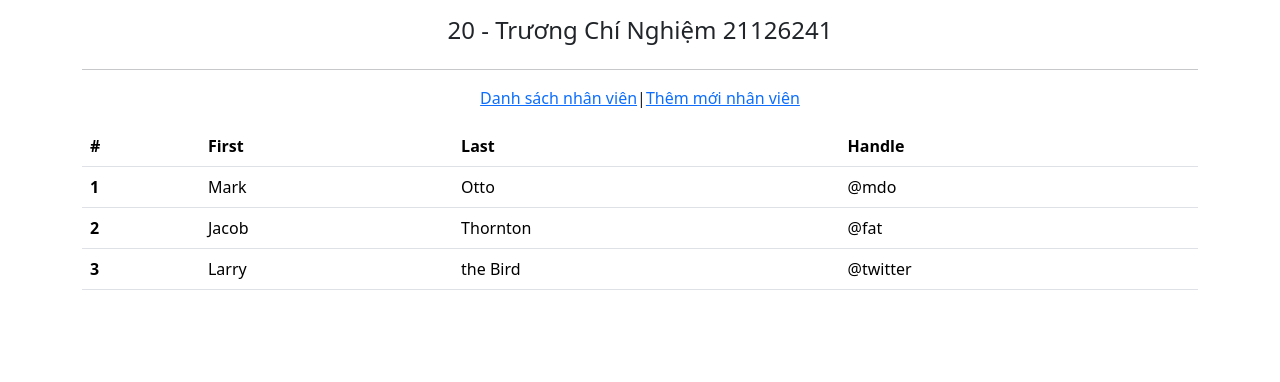
Repository: TruongChiNghiem1/wwwServlet
Page: http://localhost/20_TruongChiNghiem_21126241/views/ListNhanVien/index.jsp
These files come from the project's save history. The page is drawn as it stood at one moment and after the next save; the edit follows.
The browser window is 1280 px wide. The pictures show the whole page.
The page is served by Tomcat 10. Other server files are loaded and not shown.

Above is the page before, as saved 2024-10-25 16:51:22.

### 20_TruongChiNghiem_21126241/src/main/webapp/views/ListNhanVien/index.jsp
<%@ page language="java" contentType="text/html; charset=UTF-8"
	pageEncoding="UTF-8"%>
<!DOCTYPE html>
<html>
<head>
<meta charset="UTF-8">
<title>Insert title here</title>
<link
	href="https://cdn.jsdelivr.net/npm/bootstrap@5.3.3/dist/css/bootstrap.min.css"
	rel="stylesheet"
	integrity="sha384-QWTKZyjpPEjISv5WaRU9OFeRpok6YctnYmDr5pNlyT2bRjXh0JMhjY6hW+ALEwIH"
	crossorigin="anonymous">
<script
	src="https://cdn.jsdelivr.net/npm/bootstrap@5.3.3/dist/js/bootstrap.bundle.min.js"
	integrity="sha384-YvpcrYf0tY3lHB60NNkmXc5s9fDVZLESaAA55NDzOxhy9GkcIdslK1eN7N6jIeHz"
	crossorigin="anonymous"></script>
</head>
<body>
	<div class="container">
		<div class="d-flex justify-content-center m-3">
			<h4>20 - Trương Chí Nghiệm 21126241</h4>
		</div>
		<hr>
		<div class="d-flex justify-content-center m-3">
			<a href="/20_TruongChiNghiem_21126241">Danh sách nhân viên</a>|
			<a href="/20_TruongChiNghiem_21126241/add-data">Thêm mới nhân viên</a>
		</div>
		<div>
			<table class="table">
				<thead>
					<tr>
						<th scope="col">#</th>
						<th scope="col">First</th>
						<th scope="col">Last</th>
						<th scope="col">Handle</th>
					</tr>
				</thead>
				<tbody>
					<tr>
						<th scope="row">1</th>
						<td>Mark</td>
						<td>Otto</td>
						<td>@mdo</td>
					</tr>
					<tr>
						<th scope="row">2</th>
						<td>Jacob</td>
						<td>Thornton</td>
						<td>@fat</td>
					</tr>
					<tr>
						<th scope="row">3</th>
						<td>Larry</td>
						<td>the Bird</td>
						<td>@twitter</td>
					</tr>
				</tbody>
			</table>
		</div>
	</div>
</body>
</html>

After the next save:
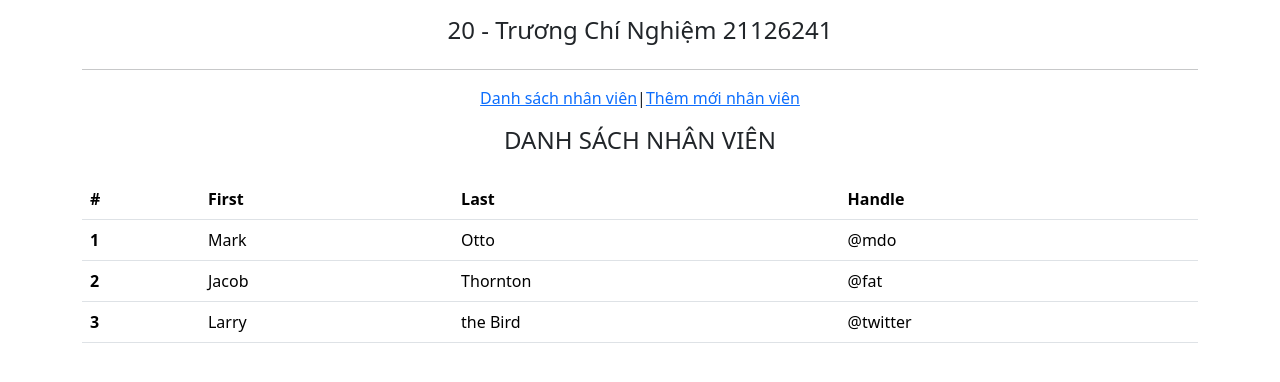
Saved 42 s later.
--- a/20_TruongChiNghiem_21126241/src/main/webapp/views/ListNhanVien/index.jsp
+++ b/20_TruongChiNghiem_21126241/src/main/webapp/views/ListNhanVien/index.jsp
@@ -24,6 +24,9 @@
 		<div class="d-flex justify-content-center m-3">
 			<a href="/20_TruongChiNghiem_21126241">Danh sách nhân viên</a>|
 			<a href="/20_TruongChiNghiem_21126241/add-data">Thêm mới nhân viên</a>
+		</div>
+		<div class="d-flex justify-content-center m-3">
+			<h4>DANH SÁCH NHÂN VIÊN</h4>
 		</div>
 		<div>
 			<table class="table">
